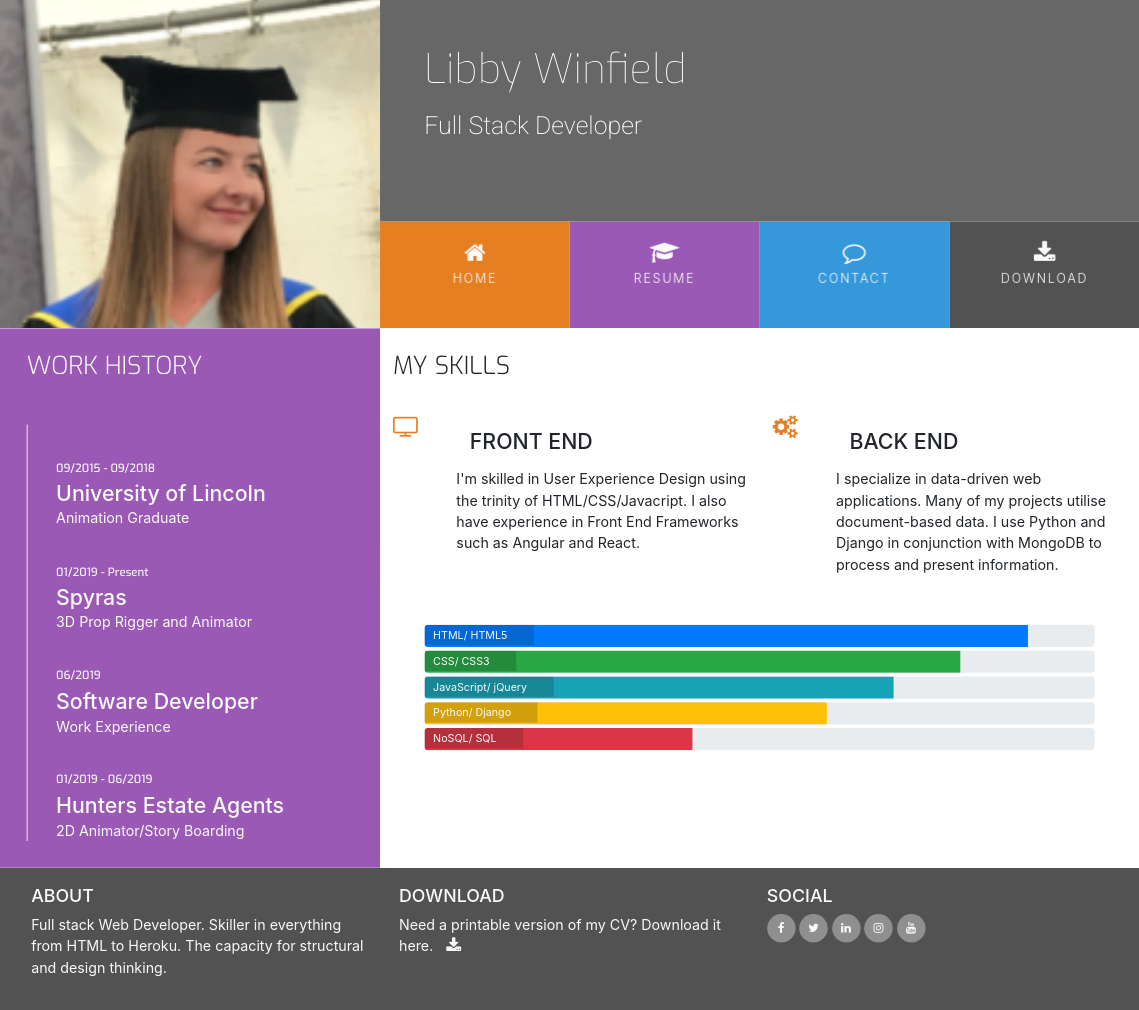
Repository: LibbyWin/CV
Page: resume.html
The author's editor kept a record of every edit. The page is drawn from the files as they stood at one moment, then again after the next edit.
The browser window is 1280 px wide. The pictures show the whole page, at 89% of full size.

Above is the page before.

### resume.html
<!DOCTYPE html>
<html lang="en">

<head>
    <meta charset="UTF-8">
    <meta name="viewport" content="width=device-width, initial-scale=1.0">
    <meta http-equiv="X-UA-Compatible" content="ie=edge">
    <link rel="stylesheet" href="https://stackpath.bootstrapcdn.com/bootstrap/4.3.1/css/bootstrap.min.css" type="text/css" />
    <link rel="stylesheet" href="https://stackpath.bootstrapcdn.com/font-awesome/4.7.0/css/font-awesome.min.css" type="text/css" />
    <link rel="stylesheet" href="https://cdnjs.cloudflare.com/ajax/libs/hover.css/2.3.1/css/hover-min.css" type="text/css" />
    <link rel="stylesheet" href="assets/css/style.css" type="text/css" />
    <title>Libby Winfield</title>
    <style>
        @import url('https://fonts.googleapis.com/css?family=Exo&display=swap');
    </style>
</head>

<body>
    <header>
        <div class="row no-gutters">
            <a href="index.html" class="col-md-4 logo">

            </a>
            <div class="col-md-8">
                <div class="row no-gutters bg-color-name-title">
                    <div class="col heading">
                        <h1 class="name">Libby Winfield</h1>
                        <h2 class="title">Full Stack Developer</h2>

                    </div>
                </div>
                <div class="row no-gutters">
                    <div class="col">
                        <ul id="nav" class="list-inline menucontainer">
                            <li class="col-6 col-sm-3 ui-menu-color-home list-inline-item menuitem">
                                <a href="#" class="hvr-sweep-to-bottom"><i class="fa fa-home" aria-hidden_"true"></i><span>Home</span></a>
                            </li>
                            <li class="col-6 col-sm-3 ui-menu-color-resume list-inline-item menuitem">
                                <a href="#" class="hvr-sweep-to-bottom"><i class="fa fa-graduation-cap" aria-hidden="true"></i><span>Resume</span></a>
                            </li>
                            <li class="col-6 col-sm-3 ui-menu-color-contact list-inline-item menuitem">
                                <a href="#" class="hvr-sweep-to-bottom"><i class="fa fa-comment-o" aria-hidden="true"></i><span>Contact</span></a>
                            </li>
                            <li class="col-6 col-sm-3 ui-menu-color-download list-inline-item menuitem">
                                <a href="#" class="hvr-sweep-to-bottom"><i class="fa fa-download" aria-hidden="true"></i><span>Download</span></a>
                            </li>
                        </ul>
                    </div>
                </div>


            </div>
        </div>
    </header>
    <section class="container-fluid">
        <div class="row">
            <div class="col-md-4 bg-color-work-history section-column">
                <div class="row">
                    <div class="col-12">
                        <h3 class="history-heading uppercase">
                            Work History
                        </h3>
                    </div>
                </div>
                <div class="history-items">
                    <div class="timeline-item" data-dates="09/2015 - 09/2018">
                        <h4>University of Lincoln</h4>
                        <p>Animation Graduate</p>
                    </div>
                    <div class="timeline-item" data-dates="01/2019 - Present">
                        <h4>Spyras</h4>
                        <p>3D Prop Rigger and Animator</p>
                    </div>

                    <div class="timeline-item" data-dates="06/2019">
                        <h4>Software Developer</h4>
                        <p>Work Experience</p>
                    </div>
                    <div class="timeline-item" data-dates="01/2019 - 06/2019">
                        <h4>Hunters Estate Agents</h4>
                        <p>2D Animator/Story Boarding</p>
                    </div>
                </div>
            </div>
            <div class="col-md-8 bg-color-three-reasons">
                <div class="row">
                    <div class="col">
                        <h3 class="section-heading uppercase">My Skills</h3>
                    </div>
                </div>
                <div class="row">
                    <div class="col-10 offset-1 offset-sm-0 col-sm-4 col-md-6">
                        <div class="row">
                            <div class="col-2">
                                <i class="three-reasons-icon fa fa-tv" aria-hidden="true"></i>
                            </div>
                            <div class="col-10">
                                <h4 class="three-reasons-heading uppercase">Front End</h4>
                                <p>I'm skilled in User Experience Design using the trinity of HTML/CSS/Javacript. I also have experience in Front End Frameworks such as Angular and React. </p>
                            </div>
                        </div>
                    </div>
                    <div class="col-10 offset-1 offset-sm-0 col-sm-4 col-md-6">
                        <div class="row">
                            <div class="col-2">
                                <i class="three-reasons-icon fa fa-gears" aria-hidden="true"></i>
                            </div>
                            <div class="col-10">
                                <h4 class="three-reasons-heading uppercase">Back End</h4>
                                <p>I specialize in data-driven web applications. Many of my projects utilise document-based data. I use Python and Django in conjunction with MongoDB to process and present information.</p>
                            </div>
                        </div>
                    </div>
                </div>
                <div class="row progress-section">
                    <div class="col">
                        <div class="progress">
                            <div class="progress-bar" role="progressbar" style="width: 90%" aria-valuenow="90" aria-valuemin="0" aria-valuemax="100">
                                <span class="sr-only">90% complete</span>
                            </div>
                            <span class="progress-type">HTML/ HTML5</span>
                        </div>

                        <div class="progress">
                            <div class="progress-bar bg-success" role="progressbar" style="width: 80%" aria-valuenow="80" aria-valuemin="0" aria-valuemax="100">
                                <span class="sr-only">80% complete</span>
                            </div>
                            <span class="progress-type">CSS/ CSS3</span>
                        </div>

                        <div class="progress">
                            <div class="progress-bar bg-info" role="progressbar" style="width: 70%" aria-valuenow="70" aria-valuemin="0" aria-valuemax="100">
                                <span class="sr-only">70% complete</span>
                            </div>
                            <span class="progress-type">JavaScript/ jQuery</span>
                        </div>

                        <div class="progress">
                            <div class="progress-bar bg-warning" role="progressbar" style="width: 60%" aria-valuenow="60" aria-valuemin="0" aria-valuemax="100">
                                <span class="sr-only">60% complete</span>
                            </div>
                            <span class="progress-type">Python/ Django</span>
                        </div>
                        <div class="progress">
                            <div class="progress-bar bg-danger" role="progressbar" style="width: 40%" aria-valuenow="40" aria-valuemin="0" aria-valuemax="100">
                                <span class="sr-only">40% complete</span>
                            </div>
                            <span class="progress-type">NoSQL/ SQL</span>
                        </div>
                    </div>
                </div>
            </div>
        </div>

    </section>

    <footer class="container-fluid">
        <div id="footer-details" class="row">
            <div class="col-sm-4">
                <h5 class="uppercase genreal-sub">About</h5>
                <p class="inline-block">Full stack Web Developer. Skiller in everything from HTML to Heroku. The capacity for structural and design thinking. </p>
            </div>
            <div class="col-sm-4">
                <h5 class="uppercase genreal-sub">Download</h5>
                </h5>
                <p class="inline-block">
                    Need a printable version of my CV? Download it here.
                    <a href="#" target="_blank" class="cv-pdf">
                        <i class="fa fa-download" aria-hidden="true"></i>
                        <span class="sr-only">Download Link.</span>
                    </a>
                </p>
            </div>
            <div class="col-sm-4">
                <h5 class="uppercase genreal-sub">Social</h5>
                <ul class="list-inline social-links">
                    <li class="list-inline-item">
                        <a target="_blank" href="#">
                            <i class="fa fa-facebook" aria-hidden="true"></i>
                            <span class="sr-only">Facebook</span>
                        </a>
                    </li>

                    <li class="list-inline-item">
                        <a target="_blank" href="#">
                            <i class="fa fa-twitter" aria-hidden="true"></i>
                            <span class="sr-only">Twitter</span>
                        </a>
                    </li>

                    <li class="list-inline-item">
                        <a target="_blank" href="#">
                            <i class="fa fa-linkedin" aria-hidden="true"></i>
                            <span class="sr-only">Linkedin</span>
                        </a>
                    </li>

                    <li class="list-inline-item">
                        <a target="_blank" href="#">
                            <i class="fa fa-instagram" aria-hidden="true"></i>
                            <span class="sr-only">Instagram</span>
                        </a>
                    </li>

                    <li class="list-inline-item">
                        <a target="_blank" href="#">
                            <i class="fa fa-youtube" aria-hidden="true"></i>
                            <span class="sr-only">Youtube</span>
                        </a>
                    </li>
                </ul>
            </div>
        </div>

    </footer>

</body>

</html>

### assets/css/style.css
@import url('https://fonts.googleapis.com/css?family=Roboto:100,200,300,400,500,600,700|Exo:100,200,300,400,500,600,700');

/*--------------------------------------------Colors*/

.bg-color-name-title {
    background-color: #676767;
}

.bg-color-three-reasons {
    background-color: #fff;
}

.bg-color-personal-info {
    background-color: #f4f4f4;
}

.bg-color-work-history {
    background-color: #9b59b6;
}

.ui-menu-color-home {
    background-color: #e67e22;
}

.ui-menu-color-resume {
    background-color: #9b59b6;
}

.ui-menu-color-contact {
    background-color: #3498db;
}

.ui-menu-color-download {
    background-color: #525252;
}

.row-table {
    display: table;
}

.section-column {
    display: table-cell;
    padding: 0 30px 30px;
    float: none;
}

.history-heading,
.section-heading {
    font-family: "Exo", sans-serif;
    font-weight: 300;
    margin-top: 25px;
    margin-bottom: 40px;
}

/* ----------------------------------------Special paddings/margins/text */

h1,
h2,
h3,
h4 {
    margin: 0;
}

.uppercase {
    text-transform: uppercase;
}

.general-sub {
    font-family: "Exo", sans-serif;
    font-weight: 300;
    color: #fafafa;
}

.inline-block {
    display: inline-block;
}

.row-table {
    display: table;
}

.section-column {
    display: table-cell;
    padding: 0 30px 30px;
    float: none;
}

.section-heading {
    font-family: "Exo", sans-serif;
    font-weight: 300;
    margin-top: 25px;
    margin-bottom: 40px;
}

/*-------------------------------------------- Heading*/

header {
    margin: 0;
}

.heading {
    margin-left: 50px;
}

.logo {
    background: url("../images/IMG_1027.JPG");
    background-position: center;
    background-repeat: no-repeat;
    background-size: cover;
    min-height: 360px;
    transition: all .5s ease-in-out;
    -moz-transition: all .5s ease-in-out;
    -webkit-transition: all .5s ease-in-out;
}

.name {
    font-family: "Exo", sans-serif;
    font-weight: 100;
    font-size: 46px;
    margin-top: 50px;
    color: #fff;
}

.title {
    font-family: "Roboto", sans-serif;
    font-weight: 200;
    font-size: 28px;
    margin-top: 20px;
    margin-bottom: 90px;
    color: #fff;
}

.list-inline-item:not(:last-child) {
    margin: 0;
}

.menucontainer {
    font-size: 0;
}

#nav li {
    font-size: 14px;
    padding: 0;
}

#nav {
    margin: 0;
}

.menuitem {
    height: 120px;
    text-align: center;
    padding: 0;
}

.menuitem a {
    width: 100%;
    text-decoration: none;
    color: #fff;
    height: 120px;
}

.menuitem a i {
    padding-top: 22px;
    display: block;
    color: #fafafa;
    font-size: 26px;
}

.menuitem span {
    display: block;
    width: 100%;
    padding-top: 5px;
    text-align: center;
    text-transform: uppercase;
    font-size: 14px;
    font-weight: 300;
    letter-spacing: 2px;
}

/*--------------------------------------------Hover.css*/

.hvr-sweep-to-bottom:before {
    background: rgba(0, 0, 0, 0.2);
    height: 120px;
}

/* ----------------------------------------Footer */

footer {
    background-color: #525252;
    color: #fafafa;
    min-height: 120px;
    margin: 0;
}

.cv-pdf i {
    font-size: 18px;
    color: #fafafa;
    text-align: center;
    padding-left: 10px;
    transition: all 0.35s ease-in-out;
    -moz-transition: all 0.35s ease-in-out;
    -webkit-transition: all 0.35s ease-in-out;
    -o-transition: all 0.35s ease-in-out;
}

.cv-pdf i:hover {
    color: #e84610;
}

.social-links {
    padding-bottom: 15px;
}

.social-links li a i {
    width: 32px;
    height: 32px;
    padding: 12px 0;
    border-radius: 50%;
    font-size: 13px;
    line-height: 7px;
    text-align: center;
    color: #fafafa;
    background: #8f8f8f;
    transition: all 0.35s ease-in-out;
    -moz-transition: all 0.35s ease-in-out;
    -webkit-transition: all 0.35s ease-in-out;
    -o-transition: all 0.35s ease-in-out;
}

.social-links li a i:hover {
    background: #e84610;
}

#footer-details {
    padding: 20px;
}

/*-------------------------------------------- Three REasons*/

.three-reasons-icon {
    font-size: 26px;
    color: #e67e22;
}

.three-reasons-heading {
    margin: 15px;
}

/*-------------------------------------------- Personal Info */

.personal-info-item {
    margin-bottom: 20px;
    display: block;
    clear: both;
}

.personal-info-item .key,
.personal-info-item .value {
    padding-right: 8px;
    display: inline-block;
}

.personal-info-item .key p,
.personal-info-item .value p {
    margin: 0;
}

 .personal-info-item .key {
     width:30%;
     margin-right: 21px;
     padding-top: 2px;
     vertical-align: top;
 }

 .personal-info-item .key p {
     font-weight: 700;
 }

 .personal-info-item .value {
     position: relative;
     width: 60%;
 }

 /*-------------------------------------------- Skills */

 .progress {
     position: relative;
     height: 25px;
     margin-bottom: 4px;
 }

 .progress-type {
     position: absolute;
     left: 0px;
     font-weight: 400;
     padding: 3px 30px 2px 10px;
     color: #fafafa;
     background-color: rgba(25, 25, 25, 0.2)
 }

 .progress-section {
     margin: 40px 20px;
 }

 /* ---------------------------------------- Work History */

 .history-heading {
     color: #fafafa;
     margin-bottom: 50px;
 }

 .timeline-item {
     padding: 4em 2em 0em 2em;
     position: relative;
     color: #fafafa;
     border-left: 1px solid;
 }

.timeline-item p {
      padding: 0;
      margin: 0;
  }

.timeline-item:before {
     content: attr(data-dates);
     position: absolute;
     left: 2.5em;
     top: 3em;
     display: block;
     font-family: "Exo", sans-serif;
     font-weight: 500;
     font-size: 0.8em;
     padding: 0;
     margin: 0;
   }

.timeline-item:after {
    width: 12px;
    height: 12px;
    display: block;
    top: 2.4em;
    position: absolute;

}

After the next edit:
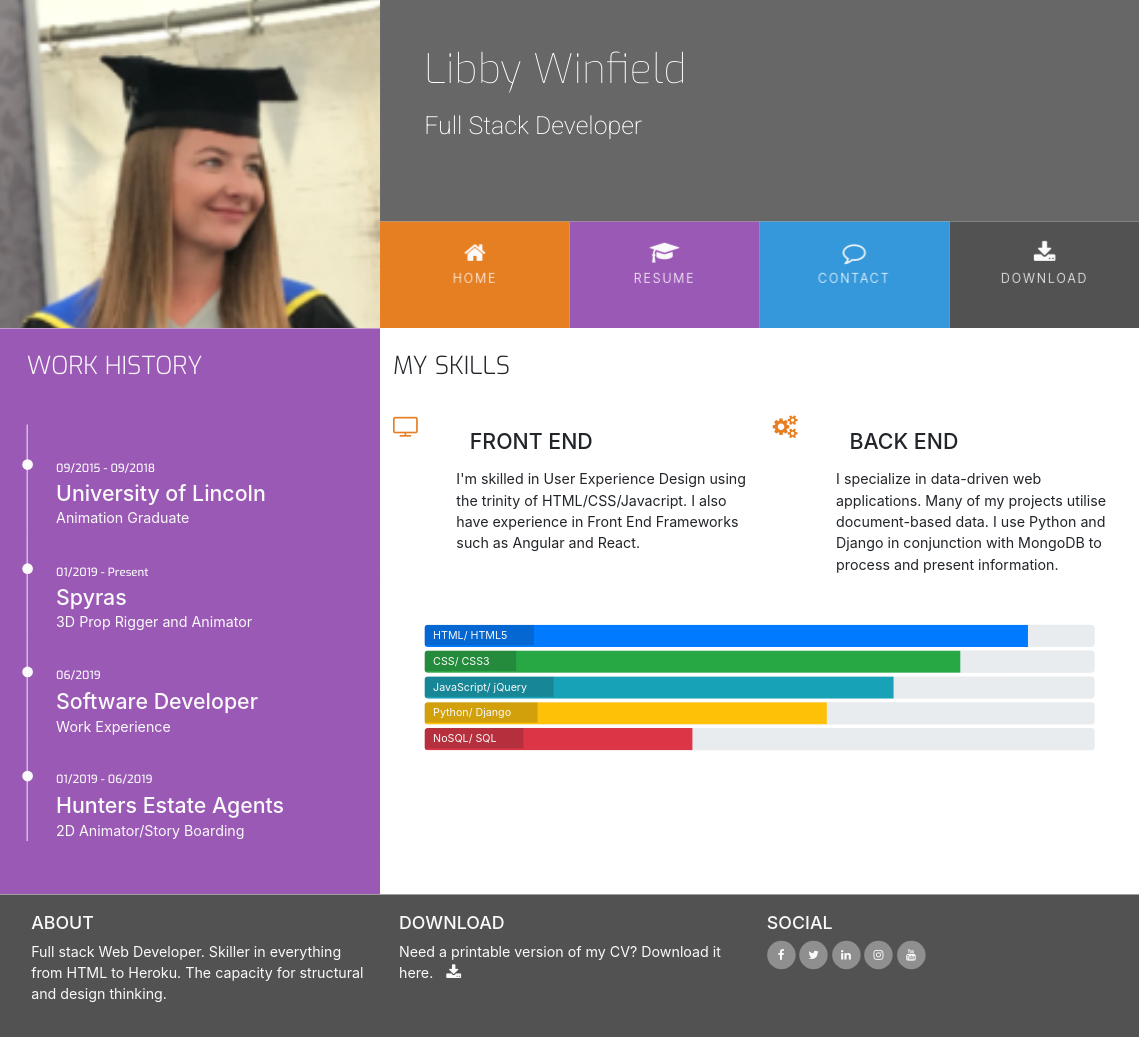
The edit:
--- a/assets/css/style.css
+++ b/assets/css/style.css
@@ -342,5 +342,12 @@
     display: block;
     top: 2.4em;
     position: absolute;
-
-}
+    left: -6px;
+    border-radius: 50%;
+    content: '';
+    background: #fafafa;
+}
+
+.history-items {
+    margin-bottom: 30px;
+}
